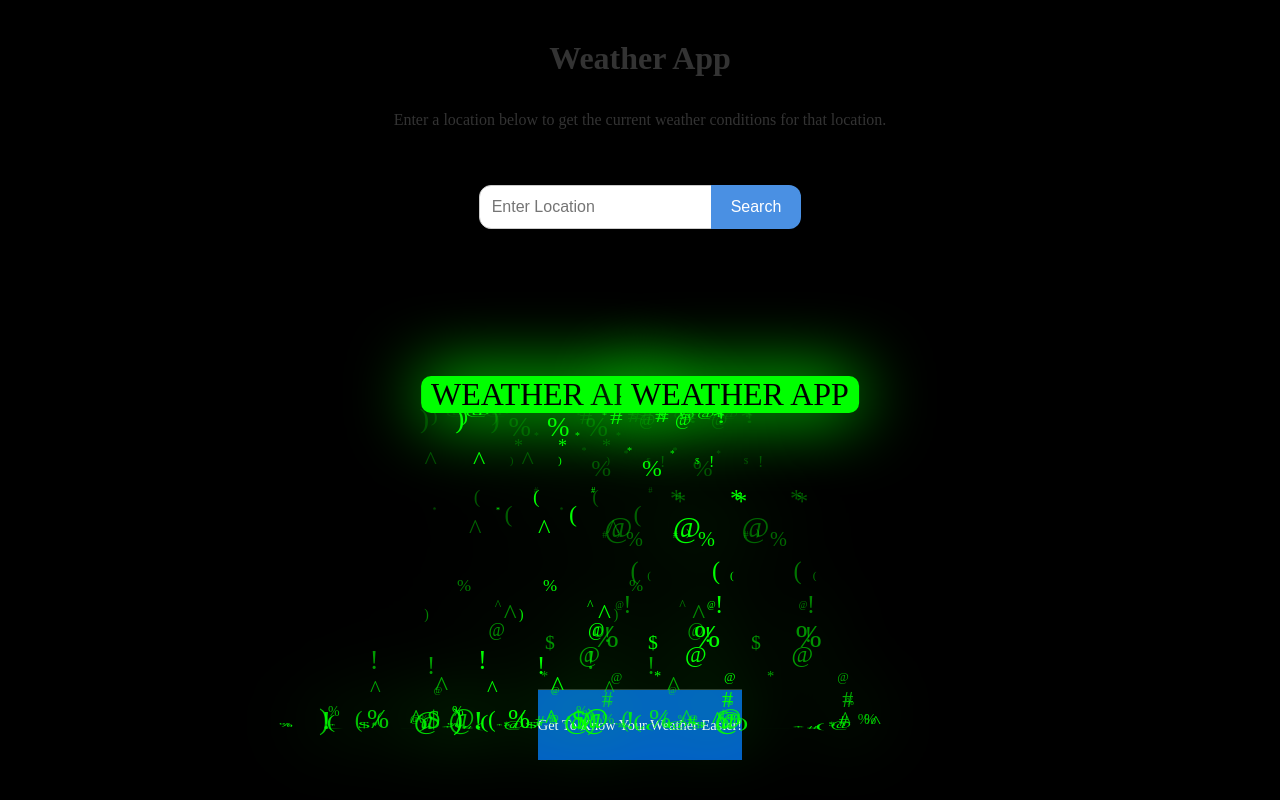
Repository: AlaaYou/Weather-App
Page: index.html
The author's editor kept a copy of each file at every save. The page is drawn from the files as they stood at one save, then again after the next save.
The browser window is 1280 px wide. The pictures show the whole page.

Above is the page before, as saved 2024-10-20 23:51:18.

After the next save:
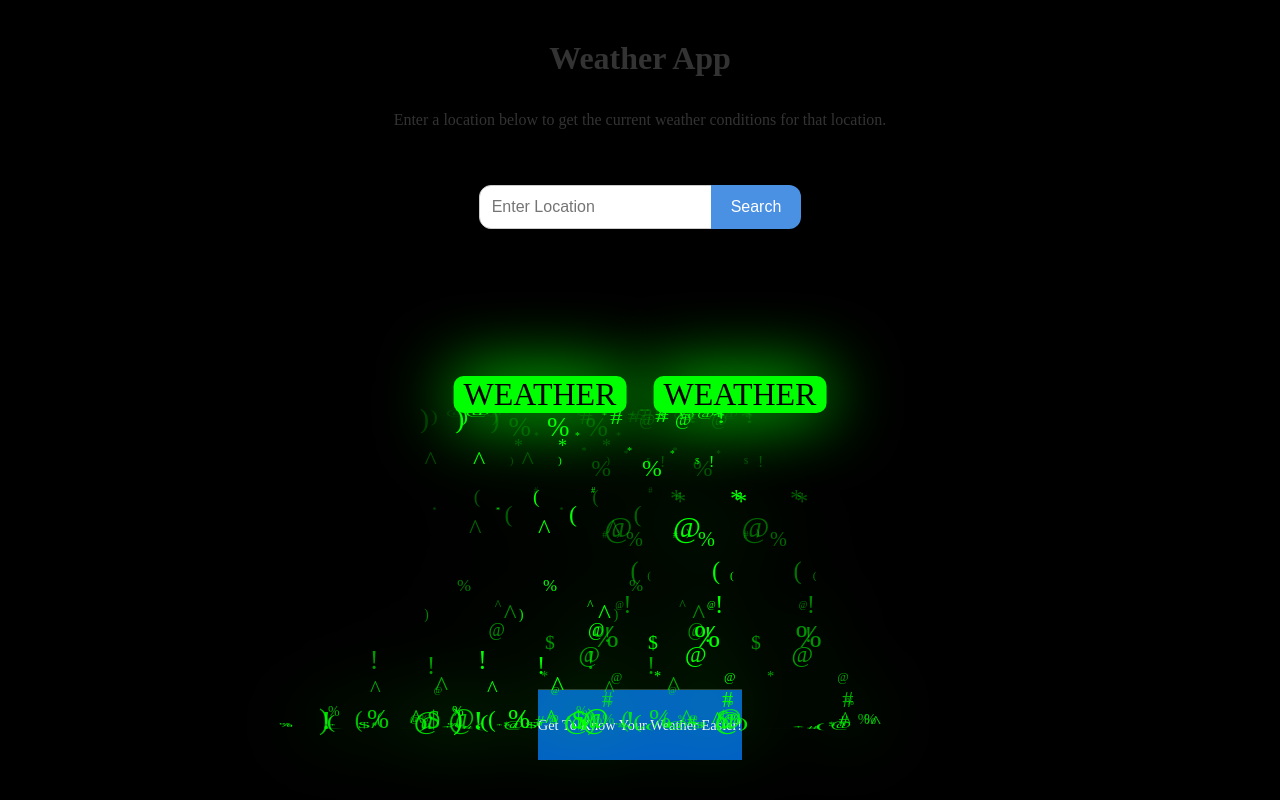
Saved 23 s later.
--- a/index.html
+++ b/index.html
@@ -45,10 +45,10 @@
       </section>
       <div class="container">
         <div class="cloud left-cloud">
-          <h2>Weather App</h2>
+          <h2>Weather</h2>
         </div>
         <div class="cloud right-cloud">
-          <h2>Weather App</h2>
+          <h2>Weather</h2>
         </div>
       </div>
     </main>
